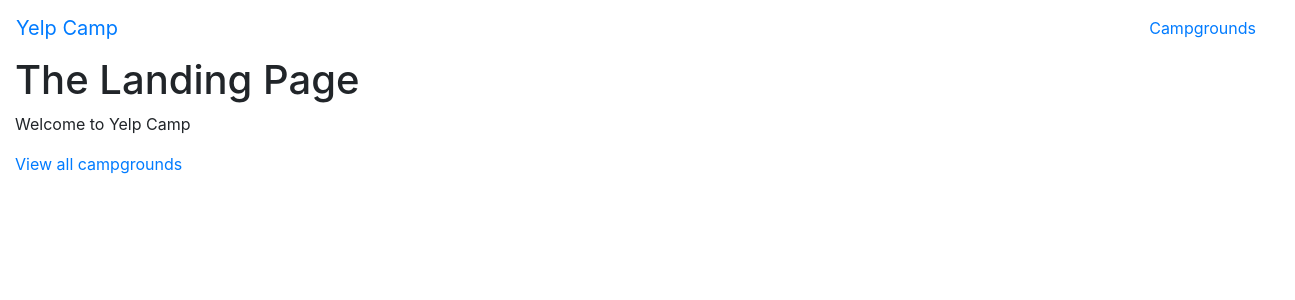
Repository: jbell0385/sandbox
Page: http://localhost/
The author's editor kept a record of every edit. The page is drawn from the files as they stood at one moment, then again after the next edit.
The browser window is 1280 px wide. The page is 1280 px wide, then 1295 px, so the pictures cover 1295 px, including what lies to the right of the window. The pictures show the whole page.
The page is served by the project's Node server (YelpCamp/v1/app.js).

Above is the page before.

After the next edit:
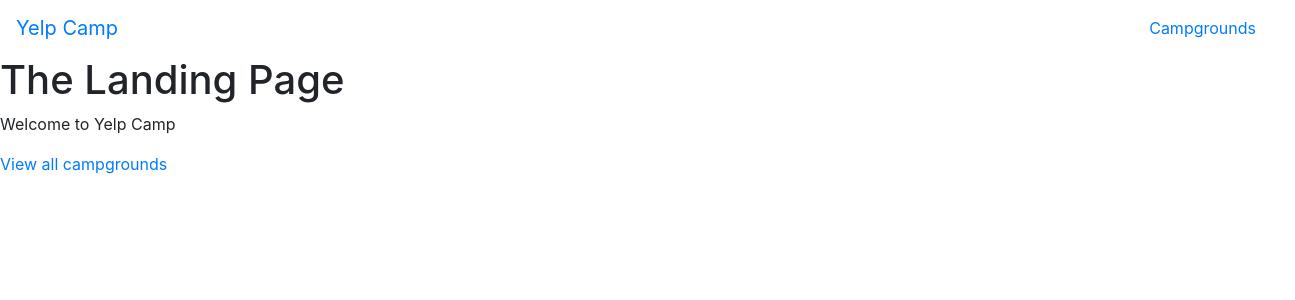
The edit:
--- a/webdevbootcamp/workspace/YelpCamp/v1/views/landing.ejs
+++ b/webdevbootcamp/workspace/YelpCamp/v1/views/landing.ejs
@@ -1,6 +1,6 @@
 <%include partials/header%>
 
-<div class="container-fluid">
+
     <div class="row">
         <div class="col">
             <h1>The Landing Page</h1>
